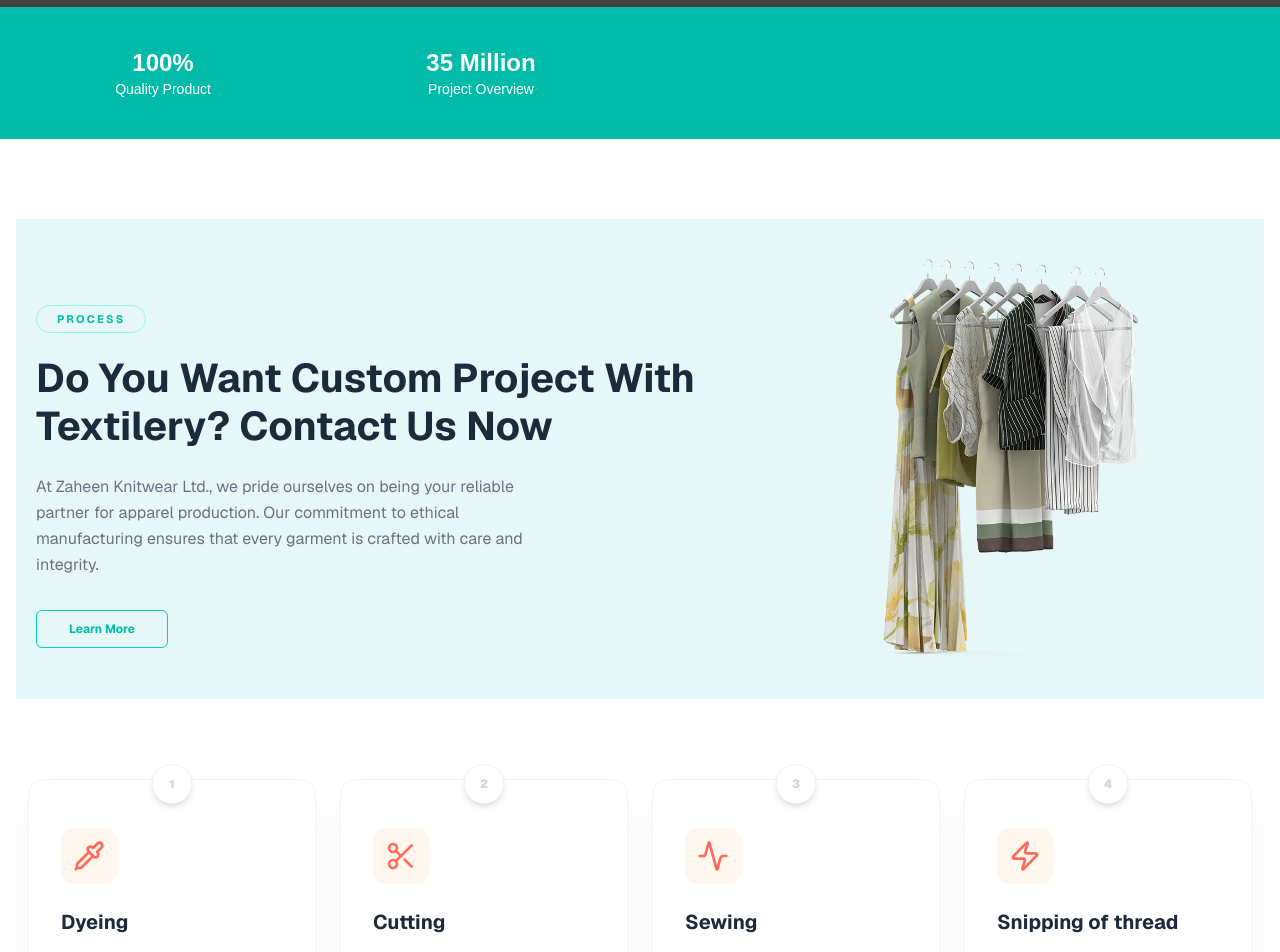
Repository: mdmuhibullahhabib/fullstack-assessment
Page: /
These files come from the project's save history. The page is drawn as it stood at one moment and after the next save; the edit follows.
The browser window is 1280 px wide. The pictures show the part of the page from y = 571 to 1523 px (the page is 3025 px tall).
Pictures or frames that could not be fetched are drawn as grey boxes. The project was rebuilt for these pictures with package versions that can differ from the ones it lists, and the page was loaded fresh each time. The framework's server and built-in components were replaced by stand-ins that run in the browser. Also part of the build but not shown: next.config.mjs.

Above is the page before, as saved 2025-12-27 09:59:55.

After the next save:
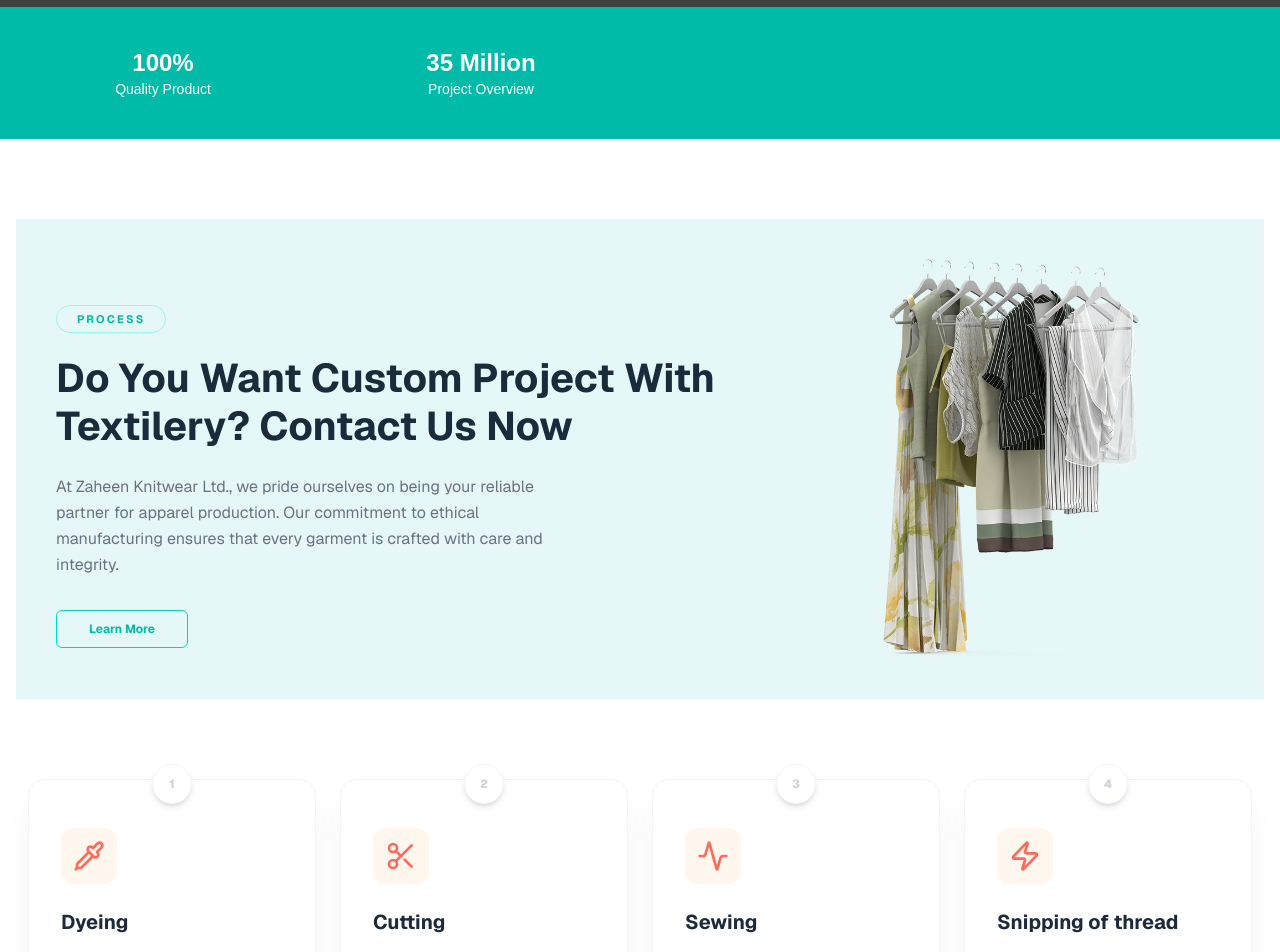
Saved 4 s later.
--- a/src/components/home/CustomProcess.jsx
+++ b/src/components/home/CustomProcess.jsx
@@ -32,7 +32,7 @@
                         }}
                     >
                         <div
-                        className="m"
+                        className="ml-5"
                         >
                             <div className="mb-6">
                                 <span className="px-5 py-1.5 rounded-full border border-teal-200 text-teal-500 text-[11px] font-bold uppercase tracking-[0.2em]">
